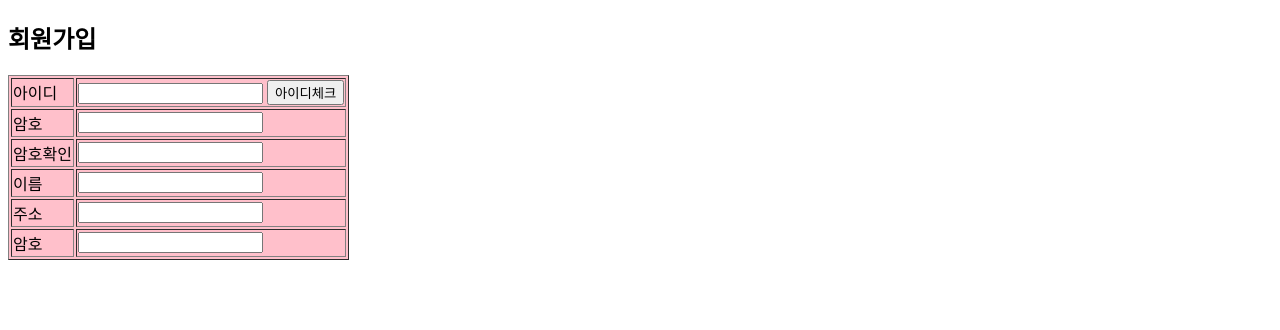
Repository: SongHyeSun/JSP
Page: http://localhost/och12/joinForm.jsp
These files come from the project's save history. The page is drawn as it stood at one moment and after the next save; the edit follows.
The browser window is 1280 px wide. The pictures show the whole page.
The page is served by Tomcat 9. Other server files are loaded and not shown.

Above is the page before, as saved 2024-07-23 01:42:26.

### jspSrc17/och12/src/main/webapp/joinForm.jsp
<%@ page language="java" contentType="text/html; charset=UTF-8"
    pageEncoding="UTF-8"%>
<!DOCTYPE html>
<html>
<head>
<meta charset="UTF-8">
<title>Insert title here</title>
<style type="text/css">
	table {
		background-color: pink;
	}
</style>
</head>
<body>
	<h2>회원가입</h2>
	<form action="joinPro.jsp" name="frm" onsubmit="return chk()">
		<table border="1">
			<tr>
				<td>아이디</td>
				<td><input type="text" name="id" required="required">
					<input type="button" value="아이디체크" onclick="winop()"></td>
			</tr>
			<tr>
				<td>암호</td>
				<td><input type="password" name="passwd" required="required"></td>
			</tr>
			<tr>
				<td>암호확인</td>
				<td><input type="password" name="passwd2" required="required"></td>
			</tr>
			<tr>
				<td>이름</td>
				<td><input type="text" name="name" required="required"></td>
			</tr>
			<tr>
				<td>주소</td>
				<td><input type="password" name="passwd" required="required"></td>
			</tr>
			<tr>
				<td>암호</td>
				<td><input type="password" name="passwd" required="required"></td>
			</tr>

		</table>
	</form>
</body>
</html>

After the next save:
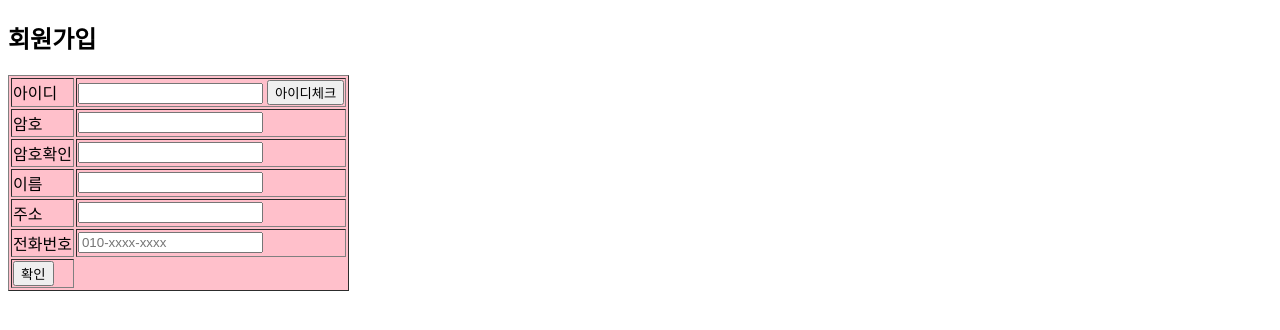
Saved 2 min 3 s later.
--- a/jspSrc17/och12/src/main/webapp/joinForm.jsp
+++ b/jspSrc17/och12/src/main/webapp/joinForm.jsp
@@ -34,13 +34,17 @@
 			</tr>
 			<tr>
 				<td>주소</td>
-				<td><input type="password" name="passwd" required="required"></td>
+				<td><input type="text" name="address" required="required"></td>
 			</tr>
 			<tr>
-				<td>암호</td>
-				<td><input type="password" name="passwd" required="required"></td>
+				<td>전화번호</td>
+				<td><input type="tel" name="tel" required="required"
+					pattern="\d{2,3}-\d{3,4}-\d{4}" placeholder="010-xxxx-xxxx"
+					title="2,3자리-3,4자리-4자리"></td>
 			</tr>
-
+			<tr>
+				<td><input type="submit" value="확인"></td>
+			</tr>
 		</table>
 	</form>
 </body>
